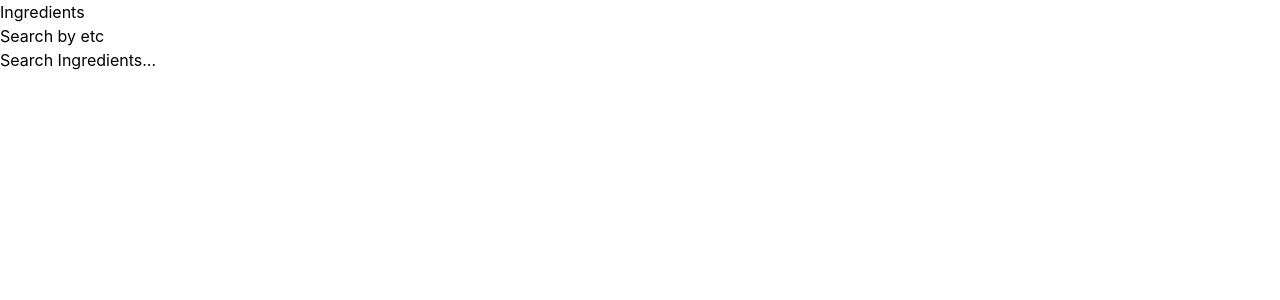
Repository: thais-chen/Meal
Page: /ingredients (app in meal-plan/)
The author's editor kept a copy of each file at every save. The page is drawn from the files as they stood at one save, then again after the next save.
The browser window is 1280 px wide. The pictures show the whole page.
The project was rebuilt for these pictures with package versions that can differ from the ones it lists, and the page was loaded fresh each time. The framework's server and built-in components were replaced by stand-ins that run in the browser. Also part of the build but not shown: meal-plan/next.config.js.

Above is the page before, as saved 2022-08-09 15:35:19.

After the next save:
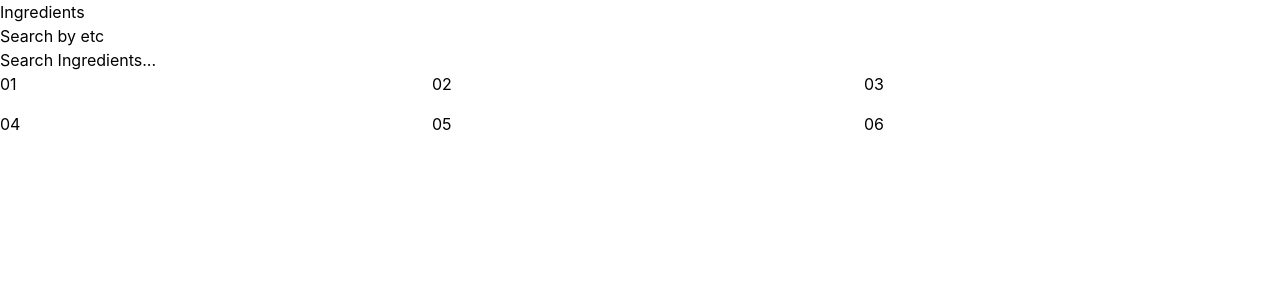
Saved 6 s later.
--- a/meal-plan/comps/Grid.js
+++ b/meal-plan/comps/Grid.js
@@ -2,9 +2,14 @@
 const Grid = () => {
 
     return (
-        <div class="grid gap-4 grid-cols-3 grid-rows-3">
-
-</div>
+      <div class="grid gap-4 grid-cols-3 grid-rows-3">
+        <span>01</span>
+        <span>02</span>
+        <span>03</span>
+        <span>04</span>
+        <span>05</span>
+        <span>06</span>
+      </div>
     );
 }
 export default Grid;
